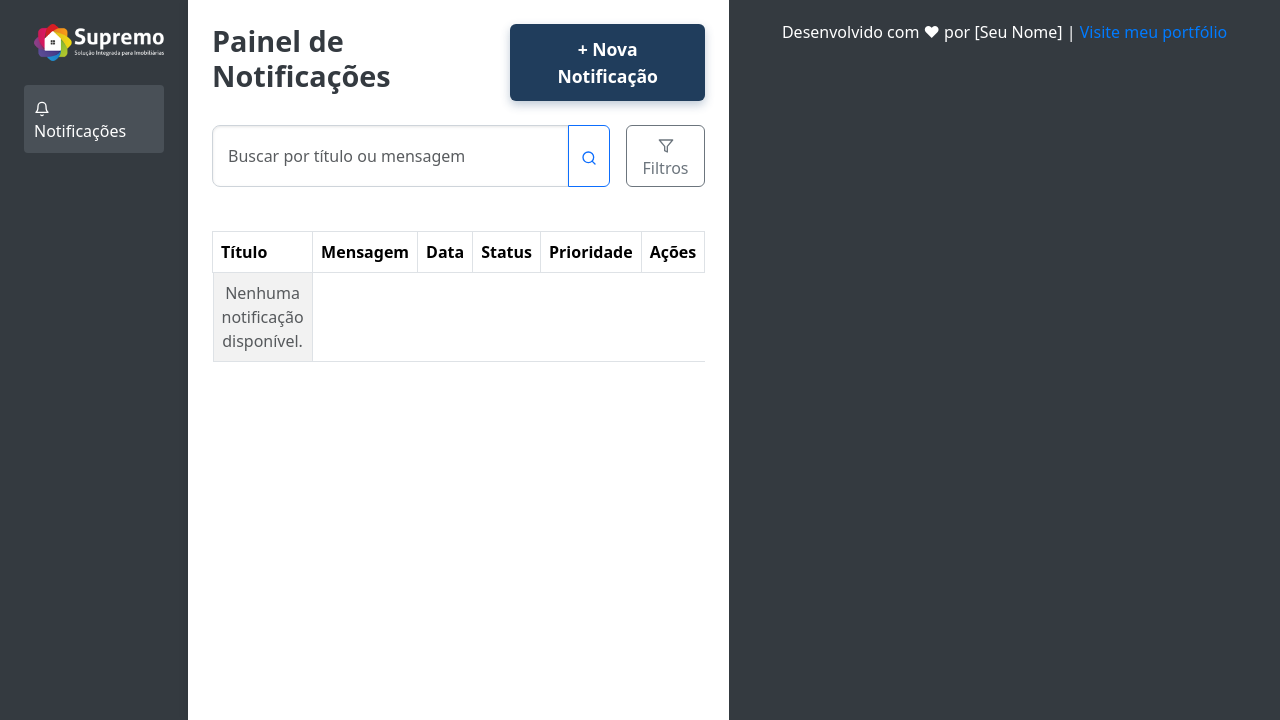
Repository: ryanmarinhodev/Supremo-teste-tecnico
Page: /notifications
These files come from the project's save history. The page is drawn as it stood at one moment and after the next save; the edit follows.
The browser window is 1280 px wide. The pictures show the whole page.
The project was rebuilt for these pictures with package versions that can differ from the ones it lists, and the page was loaded fresh each time. Also part of the build but not shown: src/App.css, src/Components/Login/index.jsx.

Above is the page before, as saved 2024-11-07 19:49:23.

After the next save:
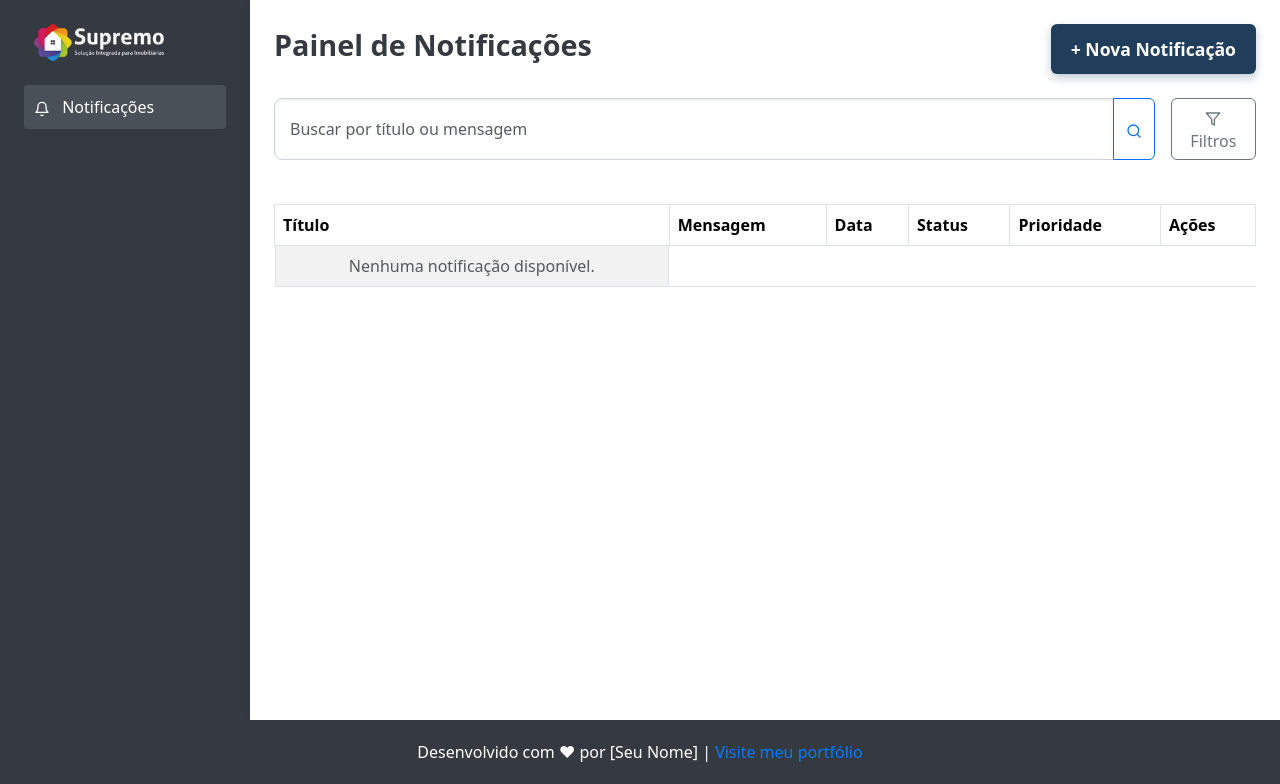
Saved 19 s later.
--- a/src/Components/Notifications/homeNotification.jsx
+++ b/src/Components/Notifications/homeNotification.jsx
@@ -89,35 +89,37 @@ const HomeNotification = () => {
       notif.message.toLowerCase().includes(search.toLowerCase())
   );
   return (
-    <div className="dashboard-container d-flex">
-      <Menu />
-      <div className="content flex-grow-1 p-4">
-        <header className="d-flex justify-content-between align-items-center mb-4">
-          <h2 className="page-title">Painel de Notificações</h2>
-          <Button variant="primary" onClick={() => openModal()}>
-            + Nova Notificação
-          </Button>
-        </header>
+    <>
+      <div className="dashboard-container d-flex">
+        <Menu />
+        <div className="content flex-grow-1 p-4">
+          <header className="d-flex justify-content-between align-items-center mb-4">
+            <h2 className="page-title">Painel de Notificações</h2>
+            <Button variant="primary" onClick={() => openModal()}>
+              + Nova Notificação
+            </Button>
+          </header>
 
-        <Buscar search={search} setSearch={setSearch} />
+          <Buscar search={search} setSearch={setSearch} />
 
-        <TabelaNotificacoes
-          notifications={filteredNotifications}
-          openModal={openModal}
-          handleDelete={handleDelete}
-          markAsRead={markAsRead}
-        />
+          <TabelaNotificacoes
+            notifications={filteredNotifications}
+            openModal={openModal}
+            handleDelete={handleDelete}
+            markAsRead={markAsRead}
+          />
 
-        <ModalNotificacao
-          showModal={showModal}
-          closeModal={closeModal}
-          currentNotification={currentNotification}
-          handleChange={handleChange}
-          handleSubmit={handleSubmit}
-        />
+          <ModalNotificacao
+            showModal={showModal}
+            closeModal={closeModal}
+            currentNotification={currentNotification}
+            handleChange={handleChange}
+            handleSubmit={handleSubmit}
+          />
+        </div>
       </div>
       <Footer />
-    </div>
+    </>
   );
 };
 
